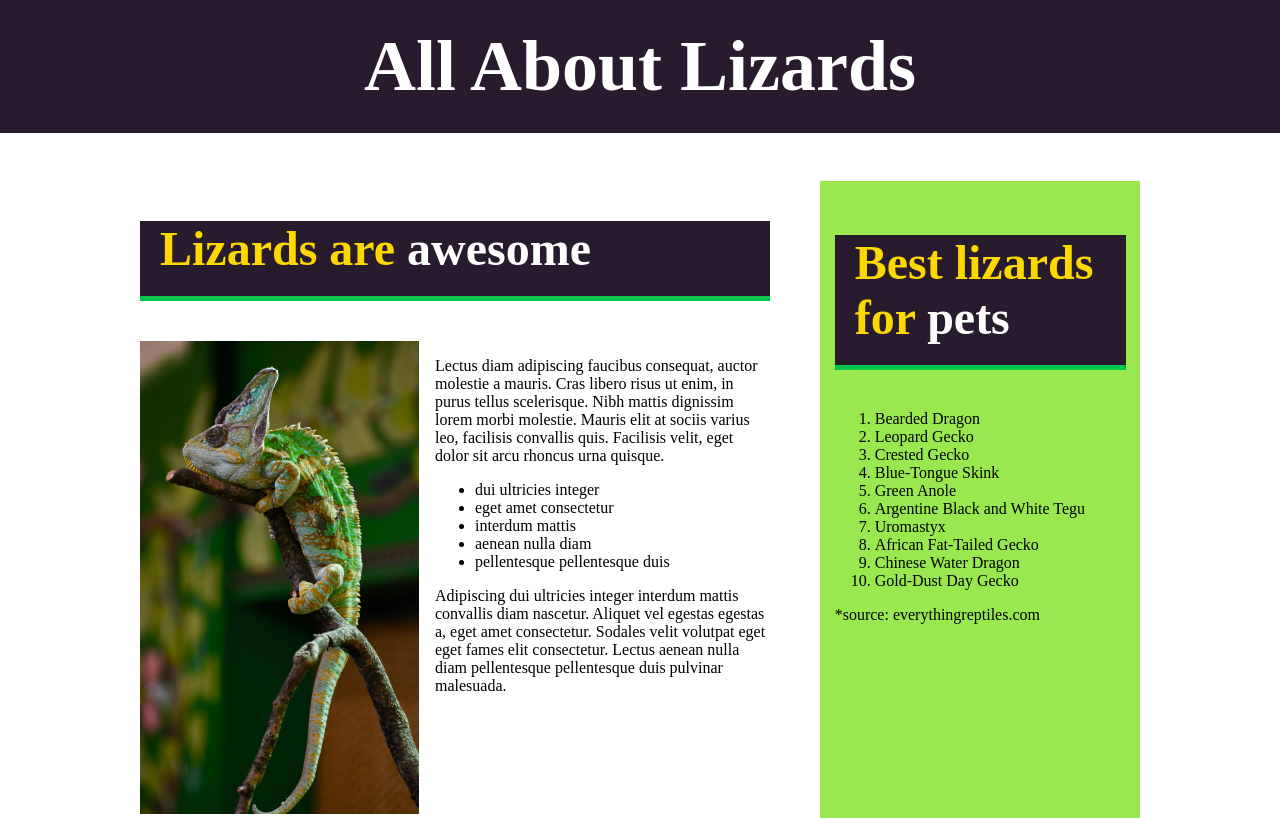
Repository: Doumham-Armah/lizards-landing--page
Page: index.html
These files come from the project's save history. The page is drawn as it stood at one moment and after the next save; the edit follows.
The browser window is 1280 px wide. The pictures show the whole page.

Above is the page before, as saved 2021-08-10 15:45:17.

### index.html
<!DOCTYPE html>
<html>
  <head>
    <title>All about lizards</title>
    <link href="css/style.css" rel="stylesheet" />
  </head>
  <body>
    <header>
      <h1>All About Lizards</h1>
    </header>

    <main>
      <div class="container">
        <div class="columns">
          <section class="main-content">
            <h2 class="subhead">
              Lizards are <span class="white-text">awesome</span>
            </h2>

            <div class="columns">
              <div class="col-left">
                <img
                  src="images/chameleon.jpg"
                  alt="a chameleon climbing a branch"
                />
              </div>

              <div class="col-right">
                <p>
                  Lectus diam adipiscing faucibus consequat, auctor molestie a
                  mauris. Cras libero risus ut enim, in purus tellus
                  scelerisque. Nibh mattis dignissim lorem morbi molestie.
                  Mauris elit at sociis varius leo, facilisis convallis quis.
                  Facilisis velit, eget dolor sit arcu rhoncus urna quisque.
                </p>

                <!-- insert the unordered list here -->
                <ul>
                  <li>dui ultricies integer</li>
                  <li>eget amet consectetur</li>
                  <li>interdum mattis</li>
                  <li>aenean nulla diam</li>
                  <li>pellentesque pellentesque duis</li>
                </ul>

                <p>
                  Adipiscing dui ultricies integer interdum mattis convallis
                  diam nascetur. Aliquet vel egestas egestas a, eget amet
                  consectetur. Sodales velit volutpat eget eget fames elit
                  consectetur. Lectus aenean nulla diam pellentesque
                  pellentesque duis pulvinar malesuada.
                </p>
              </div>
            </div>
          </section>

          <aside class="sidebar">
            <h2 class="subhead">
              Best lizards for <span class="white-text">pets</span>
            </h2>
            <!-- insert the ordered list here -->
            <ol>
              <li>Bearded Dragon</li>
              <li>Leopard Gecko</li>
              <li>Crested Gecko</li>
              <li>Blue-Tongue Skink</li>
              <li>Green Anole</li>
              <li>Argentine Black and White Tegu</li>
              <li>Uromastyx</li>
              <li>African Fat-Tailed Gecko</li>
              <li>Chinese Water Dragon</li>
              <li>Gold-Dust Day Gecko</li>
            </ol>
            <p>*source: everythingreptiles.com</p>
          </aside>
        </div>
        <!-- close columns -->
      </div>
      <!-- close container -->
    </main>
  </body>
</html>

### css/style.css
body {
  margin: 0;
}

/* solution with h1 only */

h1 {
  background-color: #281b2d;
  color: #fff;
  text-align: center;
  font-size: 72px;
  margin-top: 0;
  padding: 25px 0;
}

.subhead {
  background-color: #281b2d;
  color: #fcd801;
  font-size: 48px;
  padding: 20px;
  border-bottom: 5px solid #00c54c;
  padding-top: 0;
}

.white-text {
  color: #fff;
}

.container {
  max-width: 62.5rem;
  margin: 0 auto;
  padding: 0 1.5rem;
}

.columns {
  display: flex;
}

.col-right {
  margin-left: 1rem;
}

.main-content {
  width: 65%;
  margin-right: 5%;
}

.sidebar {
  width: 30%;
}

.sidebar {
  background-color: #9ae84f;
  padding: 0.9rem;
}

After the next save:
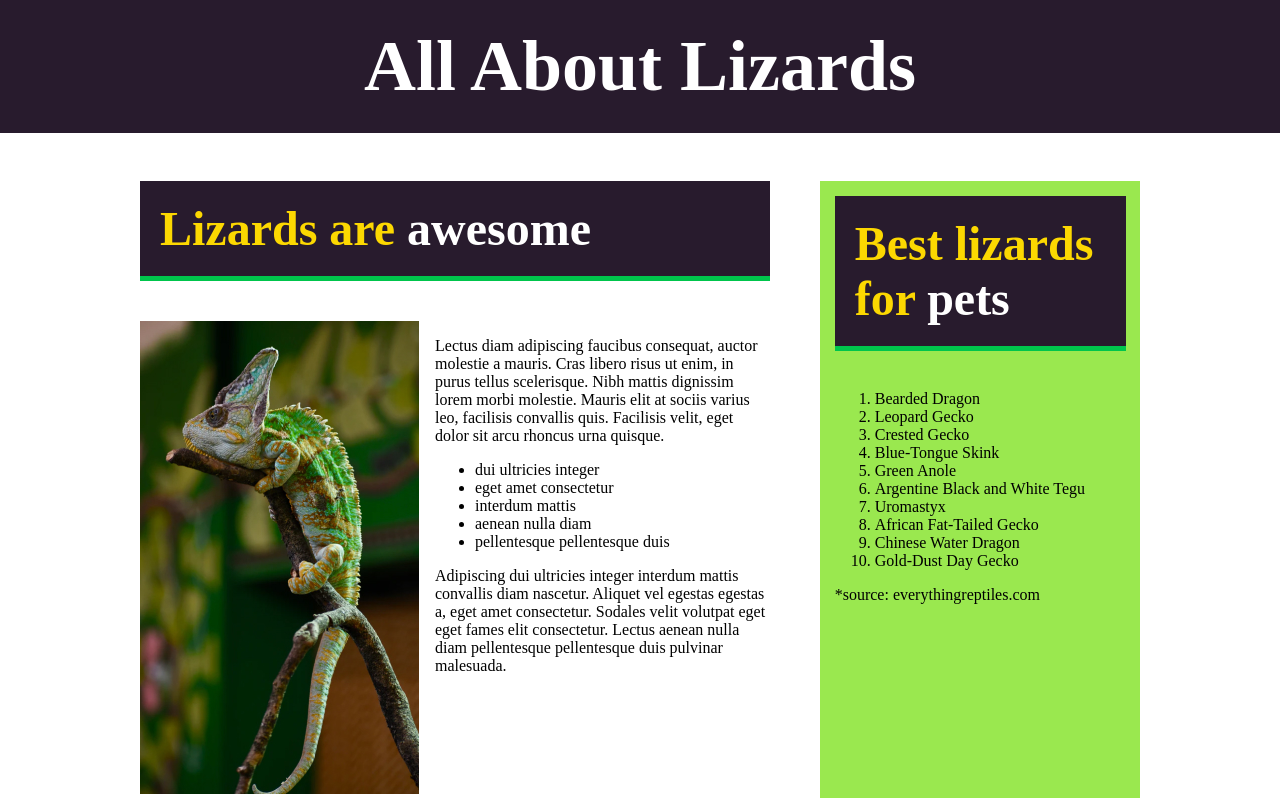
Saved 14 s later.
--- a/css/style.css
+++ b/css/style.css
@@ -19,7 +19,7 @@ h1 {
   font-size: 48px;
   padding: 20px;
   border-bottom: 5px solid #00c54c;
-  padding-top: 0;
+  margin-top: 0;
 }
 
 .white-text {
